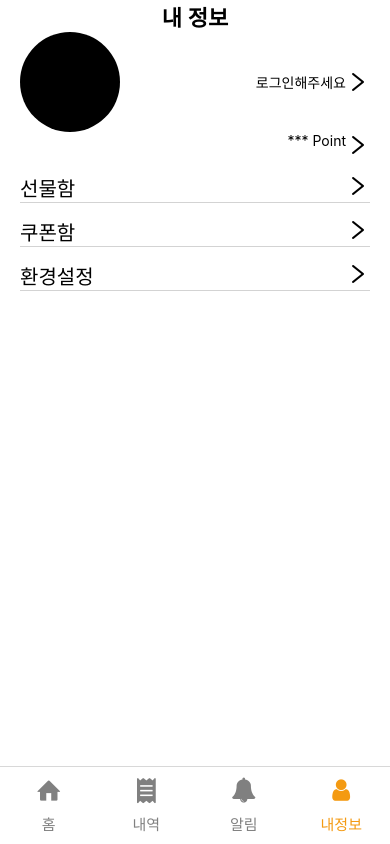
Repository: Unique0902/GachiDutch
Screen: /User
The author's editor kept a copy of each file at every save. The screen is drawn from the files as they stood at one save, then again after the next save.
The app was drawn by React Native's web renderer in a window 390 px wide. The project was rebuilt for these pictures with package versions that can differ from the ones it lists, and the page was loaded fresh each time. Some packages were replaced by stand-ins written for this rebuild. Also part of the build but not shown: sources/components/lowBar/lowBar.jsx, sources/components/taxi/taxi.jsx, sources/components/alarm/alert.js, sources/components/alarm/alarm.jsx, sources/components/dutch_history/dutch_history.jsx, sources/components/dutchpay_historys/dutchpay_historys.jsx, sources/components/delivery_historys/delivery_historys.jsx, sources/components/taxi_historys/taxi_historys.jsx and 3 more.

Above is the screen before, as saved 2022-11-11 16:34:21.

### App.js
import React from 'react';
import { StyleSheet, Text, View, Image } from 'react-native';
import Home from './sources/components/home/home';
import { NavigationContainer } from '@react-navigation/native';
import { createNativeStackNavigator } from '@react-navigation/native-stack';
import Taxi from './sources/components/taxi/taxi';
import Main from './sources/routes/main/main';
import Login from './sources/routes/login/login';
import HttpClient from './sources/network/http.js';
import ReceiptService from './sources/services/receipt.js';
import Ready from './sources/components/ready/ready';

const Stack = createNativeStackNavigator();
const baseURL = 'https://dutch-server.herokuapp.com';
const httpClient = new HttpClient(baseURL);
const receiptService = new ReceiptService(baseURL);

export default function App() {
  return (
    <>
      <NavigationContainer>
        <Stack.Navigator screenOptions={{ headerShown: false }}>
          <Stack.Screen
            name='Main'
            children={({ navigation, route }) => (
              <Main
                receiptService={receiptService}
                navigation={navigation}
                route={route}
              />
            )}
          />
          <Stack.Screen name='Taxi' component={Taxi} />
          <Stack.Screen name='Login' component={Login} />
          <Stack.Screen name='Ready' component={Ready} />
        </Stack.Navigator>
      </NavigationContainer>
    </>
  );
}

const styles = StyleSheet.create({
  header: {
    flexDirection: 'row',
    alignItems: 'center',
    justifyContent: 'space-between',
    margin: 25,
  },
  main: {},
  container: {
    flex: 1,
    backgroundColor: '#fff',
    alignItems: 'center',
    justifyContent: 'center',
  },
  logo: {
    width: 150,
    height: 30,
  },
});

### sources/components/home/home.jsx
import React, { useRef, useState, useEffect } from 'react';
import {
  StyleSheet,
  Text,
  View,
  Image,
  Button,
  Pressable,
  ScrollView,
  Dimensions,
} from 'react-native';
import { Entypo } from '@expo/vector-icons';
import { FontAwesome } from '@expo/vector-icons';
import { FontAwesome5 } from '@expo/vector-icons';
import LowBar from '../lowBar/lowBar';
import { isLogin, getUid } from '../../services/asyncstorage';
import { StatusBar } from 'react-native';

const Home = ({ login, setLogin, navigation, setUserData, userData }) => {
  const [scrollNum, setScrollNum] = useState(1);
  const windowWidth = Dimensions.get('window').width;
  const statusBarHeight = StatusBar.currentHeight;
  const headerStyle = {
    marginTop: statusBarHeight,
  };
  let advertisementWidth = windowWidth - 40;
  const scrollWidth = parseInt(advertisementWidth);
  let scrollLeft = 0;

  const advertisementStyle = () => {
    return {
      width: advertisementWidth,
    };
  };
  const pageCircleStyle = (num) => {
    if (scrollNum === num) {
      return {
        color: '#FB9700',
      };
    } else {
      return {
        color: '#FFFDD1',
      };
    }
  };
  const scrollRef = useRef();
  return (
    <View style={[styles.home, headerStyle]}>
      <View style={styles.top}>
        <View style={styles.header}>
          <Image
            source={require('../../images/dutch_logo.png')}
            style={styles.logo}
          />
          <Pressable
            onPress={() => {
              navigation.navigate('Ready');
            }}
          >
            <Entypo name='menu' size={35} color='black' />
          </Pressable>
        </View>
        <View style={styles.mainTop}>
          {login ? (
            <View style={styles.onLogin}>
              <Text style={styles.onLoginText}>
                {userData && userData.name}님 반가워요!
              </Text>
            </View>
          ) : (
            <View style={styles.login}>
              <View style={styles.loginTop}>
                <Pressable
                  style={styles.loginBtn}
                  onPress={() =>
                    navigation.navigate('Login', { setLogin, setUserData })
                  }
                >
                  <Text style={[styles.loginText, styles.loginBtnText]}>
                    로그인
                  </Text>
                </Pressable>
                <Text style={styles.loginText}>하시고</Text>
              </View>
              <Text style={styles.loginText}>다양한 혜택을 만나 보세요!</Text>
            </View>
          )}
          <View style={styles.advertisementBox}>
            <ScrollView
              horizontal
              pagingEnabled
              contentContainerStyle={styles.advertisementScroll}
              ref={scrollRef}
              onScroll={(e) => {
                scrollLeft = parseInt(e.nativeEvent.contentOffset.x);
                if (scrollLeft % scrollWidth < 10) {
                  setScrollNum(parseInt(scrollLeft / scrollWidth + 1));
                }
              }}
              scrollEventThrottle={100}
              showsHorizontalScrollIndicator={false}
            >
              <Pressable
                style={[styles.advertisement, advertisementStyle()]}
                onPress={() => {
                  navigation.navigate('Ready');
                }}
              >
                <Image
                  source={require('../../images/advertisement_img.png')}
                  style={styles.advertisementImg}
                />
                <Text style={styles.advertisementText}>
                  같이 더치로{'\n'}편리하게 이용하세요
                </Text>
              </Pressable>
              <Pressable
                style={[styles.advertisement, advertisementStyle()]}
                onPress={() => {
                  navigation.navigate('Ready');
                }}
              >
                <Image
                  source={require('../../images/advertisement_img.png')}
                  style={styles.advertisementImg}
                />
                <Text style={styles.advertisementText}>
                  같이 더치로{'\n'}편리하게 이용하세요
                </Text>
              </Pressable>
              <Pressable
                style={[styles.advertisement, advertisementStyle()]}
                onPress={() => {
                  navigation.navigate('Ready');
                }}
              >
                <Image
                  source={require('../../images/advertisement_img.png')}
                  style={styles.advertisementImg}
                />
                <Text style={styles.advertisementText}>
                  같이 더치로{'\n'}편리하게 이용하세요
                </Text>
              </Pressable>
              <Pressable
                style={[styles.advertisement, advertisementStyle()]}
                onPress={() => {
                  navigation.navigate('Ready');
                }}
              >
                <Image
                  source={require('../../images/advertisement_img.png')}
                  style={styles.advertisementImg}
                />
                <Text style={styles.advertisementText}>
                  같이 더치로{'\n'}편리하게 이용하세요
                </Text>
              </Pressable>
            </ScrollView>
            <View style={styles.pageCircles}>
              <FontAwesome
                style={[styles.pageCircle, pageCircleStyle(1)]}
                name='circle'
                size={10}
                color='white'
              />
              <FontAwesome
                style={[styles.pageCircle, pageCircleStyle(2)]}
                name='circle'
                size={10}
                color='white'
              />
              <FontAwesome
                style={[styles.pageCircle, pageCircleStyle(3)]}
                name='circle'
                size={10}
                color='white'
              />
              <FontAwesome
                style={[styles.pageCircle, pageCircleStyle(4)]}
                name='circle'
                size={10}
                color='white'
              />
            </View>
          </View>
        </View>
      </View>
      <Pressable
        style={styles.event}
        onPress={() => {
          navigation.navigate('Ready');
        }}
      >
        <View>
          <Text style={[styles.eventText, { fontSize: 20 }]}>
            이벤트 {'   '}|
          </Text>
        </View>
        <Text style={[styles.eventText, { fontSize: 15, marginLeft: 20 }]}>
          같이더치 월 결제로 10% 할인받자!
        </Text>
        <Text style={[styles.eventText, { fontSize: 20, marginLeft: 20 }]}>
          {'>'}
        </Text>
      </Pressable>

      <View style={styles.mainBottom}>
        <View style={styles.categories}>
          <View style={styles.topBtns}>
            <View style={styles.btnShadow}>
              <Pressable
                style={styles.goodsBtn}
                onPress={() => {
                  if (login) {
                    navigation.navigate('Taxi', { userData });
                  } else {
                    navigation.navigate('Login', { setLogin, setUserData });
                  }
                }}
              >
                <Image
                  source={require('../../images/taxi_img.png')}
                  style={styles.taxiImg}
                />
                <Text style={[styles.goodText, { marginTop: 20 }]}>택시</Text>
              </Pressable>
            </View>
            <View style={styles.btnShadow}>
              <Pressable
                style={styles.goodsBtn}
                onPress={() => {
                  navigation.navigate('Ready');
                }}
              >
                <Image
                  source={require('../../images/delivery_img.png')}
                  style={styles.taxiImg}
                />
                <Text style={[styles.goodText, { marginTop: 20 }]}>배달</Text>
              </Pressable>
            </View>
          </View>
          <View style={styles.downBtns}>
            <View style={styles.btnShadow}>
              <Pressable
                style={styles.downGoodsBtn}
                onPress={() => {
                  navigation.navigate('Ready');
                }}
              >
                <Image
                  source={require('../../images/taxi_human_img.png')}
                  style={styles.peopleImg}
                />
                <Text
                  style={[styles.goodText, { marginRight: 20, marginLeft: 20 }]}
                >
                  지인끼리
                </Text>
                <Image
                  source={require('../../images/location_img.png')}
                  style={styles.peopleImg}
                />
              </Pressable>
            </View>
          </View>
        </View>
      </View>
    </View>
  );
};

export default Home;

const styles = StyleSheet.create({
  home: {
    flex: 1,
    flexDirection: 'column',
  },
  loginText: {
    paddingVertical: 5,
  },
  header: {
    flexDirection: 'row',
    alignItems: 'center',
    justifyContent: 'space-between',
    margin: 0,
    flex: 1,
  },
  mainTop: {
    flex: 6,
  },
  top: {
    flex: 6,
    padding: 20,
  },
  loginBtn: {},
  login: {
    flex: 2,
    marginTop: 15,
  },
  onLogin: {
    flex: 2,
    marginTop: 15,
  },
  onLoginText: {
    marginTop: 10,
    fontSize: 25,
    fontWeight: '600',
    color: '#444444',
  },
  loginTop: {
    flexDirection: 'row',
    alignItems: 'center',
  },
  loginText: {
    fontSize: 18,
    color: '#444444',
  },
  loginBtnText: {
    color: '#F39910',
    textDecorationLine: 'underline',
    textDecorationStyle: 'solid',
    textDecorationColor: '#000',
  },
  mainBottom: {
    flex: 6,
    padding: 15,
  },
  advertisementScroll: {
    borderRadius: 15,
    position: 'relative',
  },
  advertisementBox: {
    flex: 4,
  },
  advertisement: {
    backgroundColor: '#FBBA00',
    borderRadius: 15,
    position: 'relative',
  },
  advertisementText: {
    color: 'white',
    fontSize: 20,
    fontWeight: '800',
    marginLeft: 30,
    marginTop: 25,
  },
  advertisementImg: {
    width: '100%',
    height: '87%',
    position: 'absolute',
    borderRadius: 20,
    bottom: 0,
  },
  pageCircles: {
    flexDirection: 'row',
    position: 'absolute',
    alignItems: 'center',
    bottom: 4,
    left: 140,
  },
  pageCircle: {
    marginLeft: 3,
    marginRight: 3,
  },
  event: {
    flex: 1,
    backgroundColor: '#3C4451',
    flexDirection: 'row',
    justifyContent: 'center',
    alignItems: 'center',
  },
  categories: {
    flex: 1,
  },
  topBtns: {
    flexDirection: 'row',
    flex: 3,
  },
  downBtns: {
    flex: 2,
  },
  goodsBtn: {
    borderRadius: 20,
    backgroundColor: 'white',
    width: '100%',
    height: '100%',
    alignItems: 'center',
    justifyContent: 'center',
  },
  downGoodsBtn: {
    borderRadius: 20,
    backgroundColor: 'white',
    width: '100%',
    height: '100%',
    flexDirection: 'row',
    justifyContent: 'center',
    alignItems: 'center',
  },
  goodText: {
    fontSize: 20,
    fontWeight: '600',
  },
  btnShadow: {
    flex: 1,
    shadowOffset: {
      width: 0,
      height: 1,
    },
    shadowOpacity: 0.18,
    borderRadius: 20,
    shadowRadius: 1.0,
    elevation: 1,
    margin: 5,
  },
  eventText: {
    color: 'white',
  },
  taxiImg: {
    width: 90,
    height: 90,
  },
  peopleImg: {
    width: 60,
    height: 67,
  },
  logo: {
    width: 150,
    height: 30,
  },
});

### sources/routes/main/main.jsx
import React, { useEffect, useRef, useState } from 'react';
import { View, Button, Text } from 'react-native';
import Home from '../../components/home/home';
import LowBar from '../../components/lowBar/lowBar';
import User from '../../components/user/user';
import Alarm from '../../components/alarm/alarm';
import Receipt from '../../components/receipt/receipt';
import { createBottomTabNavigator } from '@react-navigation/bottom-tabs';
import { Entypo } from '@expo/vector-icons';
import { FontAwesome } from '@expo/vector-icons';
import { FontAwesome5 } from '@expo/vector-icons';
import { isLogin, matchUserData } from '../../services/asyncstorage';

const Tab = createBottomTabNavigator();

const Main = ({ receiptService, navigation, route }) => {
  const [login, setLogin] = useState(false);
  const [userData, setUserData] = useState(null);
  useEffect(() => {
    isLogin().then((result) => {
      if (result) {
        setLogin(true);
        console.log('로그인 되어있음!');
        matchUserData(setUserData);
      } else {
        setLogin(false);
        console.log('로그인 안되어있음!');
      }
    });
  }, [login]);
  return (
    <>
      <View style={{ flex: 14 }}>
        <Tab.Navigator
          screenOptions={({ route }) => ({
            tabBarIcon: ({ color, size }) => {
              if (route.name === 'Home') {
                return <Entypo name='home' size={size} color={color} />;
              } else if (route.name === 'Receipt') {
                return (
                  <FontAwesome5 name='receipt' size={size} color={color} />
                );
              } else if (route.name === 'Alarm') {
                return <FontAwesome name='bell' size={size} color={color} />;
              } else if (route.name === 'User') {
                return <FontAwesome name='user' size={size} color={color} />;
              }
            },
            tabBarStyle: { flex: 0.1 },
            tabBarLabelStyle: {
              fontSize: 15,
              marginBottom: 10,
              fontWeight: '500',
            },
            tabBarActiveTintColor: '#F49A11',
            tabBarInactiveTintColor: 'gray',
            headerShown: false,
          })}
        >
          <Tab.Screen
            name='Home'
            options={({ route, navigation }) => {
              return { tabBarLabel: '홈' };
            }}
            children={({ navigation }) => (
              <Home
                login={login}
                setLogin={setLogin}
                navigation={navigation}
                setUserData={setUserData}
                userData={userData}
              />
            )}
          />
          <Tab.Screen
            name='Receipt'
            options={({ route, navigation }) => {
              return { tabBarLabel: '내역' };
            }}
            children={({ navigation, route }) => (
              <Receipt
                login={login}
                navigation={navigation}
                receiptService={receiptService}
                userData={userData}
                route={route}
              />
            )}
          />
          <Tab.Screen
            options={({ route, navigation }) => {
              return { tabBarLabel: '알림' };
            }}
            name='Alarm'
            children={({ navigation }) => (
              <Alarm login={login} navigation={navigation} />
            )}
          />
          <Tab.Screen
            options={({ route, navigation }) => {
              return { tabBarLabel: '내정보' };
            }}
            name='User'
            children={({ navigation }) => (
              <User
                login={login}
                setLogin={setLogin}
                navigation={navigation}
                setUserData={setUserData}
                userData={userData}
              />
            )}
          />
        </Tab.Navigator>
      </View>
    </>
  );
};

export default Main;

### sources/network/http.js
export default class HttpClient {
  constructor(baseURL) {
    this.baseURL = baseURL;
  }

  async fetch(url, options) {
    const res = await fetch(`${this.baseURL}${url}`, {
      ...options,
      headers: {
        'Content-Type': 'application/json',
        ...options.headers,
      },
    });
    let data;
    try {
      data = await res.json();
    } catch (error) {
      console.error(error);
    }

    if (res.status > 299 || res.status < 200) {
      const message =
        data && data.message ? data.message : 'Something went wrong! 🤪';
      const error = new Error(message);
      throw error;
    }
    return data;
  }
}

### sources/services/receipt.js
export default class ReceiptService {
  constructor(http) {
    this.http = http;
  }

  getTexiHistorys = async (userId) => {
    return await fetch(`${this.http}/receipt/all/${userId}`, {
      method: 'GET',
    });
  };
}

### sources/services/asyncstorage.js
import AsyncStorage from '@react-native-async-storage/async-storage';

export const isLogin = async () => {
  try {
    const loginDatas = await AsyncStorage.getItem('loginDatas');
    console.log(loginDatas);
    if (loginDatas) {
      return true;
    } else {
      return false;
    }
  } catch (e) {
    console.error(e);
  }
};

export const logout = async () => {
  try {
    await AsyncStorage.removeItem('loginDatas');
  } catch (error) {
    console.error(error);
  }
};

export const getRefreshToken = async () => {
  try {
    const loginDatas = await AsyncStorage.getItem('loginDatas');
    if (loginDatas) {
      return JSON.parse(loginDatas).refreshToken;
    }
  } catch (e) {
    console.error(e);
  }
};

export const getUid = async () => {
  try {
    const loginDatas = await AsyncStorage.getItem('loginDatas');
    if (loginDatas) {
      return JSON.parse(loginDatas).uid;
    }
  } catch (e) {
    console.error(e);
  }
};

export const matchUserData = async (setUserData) => {
  try {
    const loginDatas = await AsyncStorage.getItem('loginDatas');
    if (loginDatas) {
      return setUserData(JSON.parse(loginDatas));
    }
  } catch (e) {
    console.error(e);
  }
};

### sources/components/user/user.jsx
import React, { useEffect, useRef, useState } from 'react';
import { StatusBar } from 'react-native';
import {
  StyleSheet,
  Text,
  View,
  Pressable,
  ScrollView,
  Image,
} from 'react-native';
import { AntDesign } from '@expo/vector-icons';
import { isLogin, logout } from '../../services/asyncstorage';

export default function User({
  login,
  setLogin,
  navigation,
  setUserData,
  userData,
}) {
  const statusBarHeight = StatusBar.currentHeight;
  const headerStyle = {
    marginTop: statusBarHeight,
  };
  const onProfilePress = () => {
    console.log('profile pressed');
  };
  const onProfileInfoPress = () => {
    if (login) {
    } else {
      navigation.navigate('Login', { setLogin: setLogin });
    }
  };
  useEffect(() => {
    console.log(login);
  }, []);
  return (
    <View style={styles.container}>
      <View>
        <Text style={[styles.header, headerStyle]}>내 정보</Text>
      </View>
      <View>
        <View style={styles.profileArea}>
          <Pressable onPress={onProfilePress}>
            <Image style={styles.profileImage} />
          </Pressable>

          <Pressable
            onPress={() => {
              onProfileInfoPress();
            }}
            style={styles.infoClickArea}
          >
            <View>
              {login ? (
                <>
                  <Text style={styles.pointText}>
                    {userData && userData.name} 님
                  </Text>
                </>
              ) : (
                <>
                  <Text>로그인해주세요</Text>
                </>
              )}
            </View>
            <AntDesign name='right' size={24} color='black' />
          </Pressable>
        </View>

        <Pressable
          style={{
            flexDirection: 'column',
            alignItems: 'flex-end',
            marginBottom: 15,
          }}
        >
          <View style={{ flexDirection: 'row' }}>
            <Text>*** </Text>
            <Text>Point</Text>
            <AntDesign name='right' size={24} color='black' />
          </View>
        </Pressable>
      </View>

      <ScrollView>
        {/* <Pressable style={styles.enterMenu}>
          <Text style={styles.menuText}>주문내역</Text>
          <AntDesign name='right' size={24} color='black' />
        </Pressable> */}
        <Pressable style={styles.enterMenu}>
          <Text style={styles.menuText}>선물함</Text>
          <AntDesign name='right' size={24} color='black' />
        </Pressable>
        <Pressable style={styles.enterMenu}>
          <Text style={styles.menuText}>쿠폰함</Text>
          <AntDesign name='right' size={24} color='black' />
        </Pressable>
        <Pressable style={styles.enterMenu}>
          <Text style={styles.menuText}>환경설정</Text>
          <AntDesign name='right' size={24} color='black' />
        </Pressable>
        {login && (
          <Pressable style={styles.logoutBtn}>
            <Text
              style={styles.logoutText}
              onPress={() => {
                logout().then(() => {
                  setLogin(false);
                  console.log('로그아웃됨!');
                  setUserData(null);
                  navigation.navigate('Main', { screen: 'Home' });
                });
              }}
            >
              로그아웃
            </Text>
          </Pressable>
        )}
      </ScrollView>
    </View>
    //내정보
  );
}

const styles = StyleSheet.create({
  container: {
    flex: 1,
    backgroundColor: '#fff',
    paddingHorizontal: 20,
  },
  header: {
    fontSize: 22,
    fontWeight: '600',
    alignSelf: 'center',
  },
  enterMenu: {
    justifyContent: 'space-between',
    flexDirection: 'row',
    marginBottom: 14,
    borderBottomColor: 'lightgray',
    borderBottomWidth: 0.5,
    borderStyle: 'solid',
  },
  menuText: {
    fontSize: 20,
    fontWeight: '500',
  },
  pointText: {
    fontSize: 20,
    fontWeight: '500',
  },
  profileImage: {
    width: 100,
    height: 100,
    borderRadius: 100,
    backgroundColor: 'black',
  },
  infoArea: {
    flexDirection: 'column',
  },
  infoClickArea: {
    flexDirection: 'row',
    alignItems: 'center',
    justifyContent: 'space-between',
  },
  infoText: {
    fontSize: 24,
    fontWeight: '500',
  },
  profileArea: {
    flexDirection: 'row',
    justifyContent: 'space-between',
  },
  logoutBtn: {},
  logoutText: {
    fontSize: 20,
    fontWeight: '500',
    color: 'red',
  },
});

Loaded but not shown: index.js (common file)

After the next save:
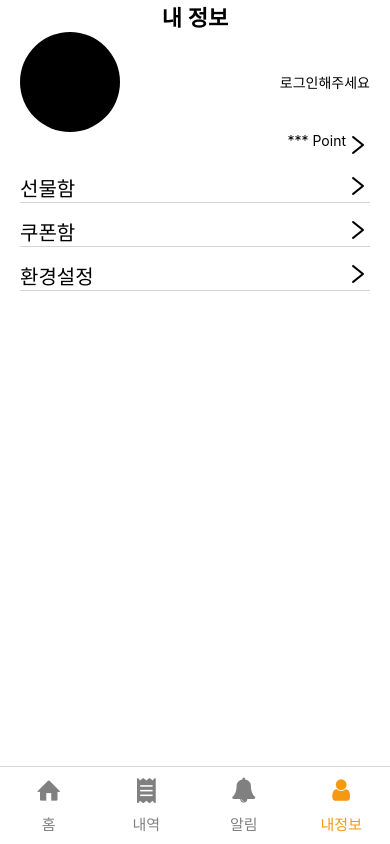
Saved 5 min 33 s later.
--- a/sources/components/user/user.jsx
+++ b/sources/components/user/user.jsx
@@ -64,7 +64,6 @@ export default function User({
                 </>
               )}
             </View>
-            <AntDesign name='right' size={24} color='black' />
           </Pressable>
         </View>
 
